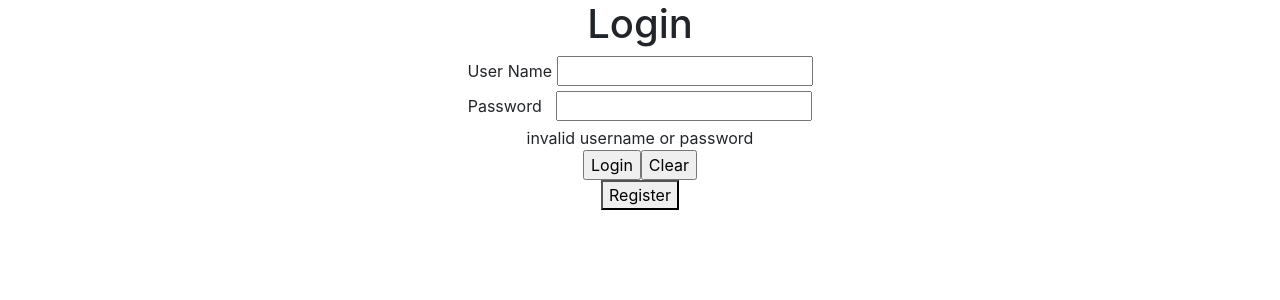
Repository: ramakrishnan1997/ram_javatraining
Page: http://localhost/AdminPortal/validation.jsp
These files come from the project's save history. The page is drawn as it stood at one moment and after the next save; the edit follows.
The browser window is 1280 px wide. The pictures show the whole page.
The page is served by Tomcat 9. Other server files are loaded and not shown. Queries for data that is not in the repository find no rows.

Above is the page before, as saved 2022-07-04 07:22:54.

### AdminPortal/src/main/webapp/validation.jsp
<%@page import="javax.security.auth.message.callback.PrivateKeyCallback.Request"%>
<%@ page language="java" contentType="text/html; charset=UTF-8"
    pageEncoding="UTF-8"%>
    <%@page import="com.taining.connection.*"%>
    <%@ page import="java.lang.*" %>
    <%@ page import="java.sql.*" %>
    <%@ page session="true" %>
    <%@taglib uri="http://java.sun.com/jsp/jstl/core" prefix="c" %>
<!DOCTYPE html>
<html>
<head>
<meta charset="UTF-8">
<title>Validate User</title>
</head>
<body>
<%! String pass_word; %>
<%! String user; %>
<%! int flag=0;  %>
<%
Connection con = null;
//PreparedStatement stmt=null;
Statement stmt=null;
ResultSet rs=null;
try{
	user = request.getParameter("username");
    pass_word = request.getParameter("password");

 	//System.out.println("user_id = "+user+"\t"+"pass_word = "+pass_word);
	con=ConnectionFactory.getPostgresConnection();
	System.out.print(con);


String sql = "SELECT username,password FROM travel WHERE username='"+user+"' and password='"+pass_word+"';";
System.out.println(sql);
stmt=con.createStatement();
rs=stmt.executeQuery(sql);
String userName=null;
String password=null;
if(rs.next())
{

     userName=rs.getString("username");
	 password=rs.getString("password");
	System.out.println("$$$$$$$$$$"+userName);
	System.out.println("$$$$$$$$$$"+password);
	flag=1;

}
if(flag==1){
	if(user.equals(userName) && pass_word.equals(password))
	{
		System.out.println("valid user"+userName);
		request.setAttribute("message", "Welcome :"+userName);
		request.setAttribute("message1", "successfully loged In");
		RequestDispatcher dispatcher=request.getRequestDispatcher("welcomelogin.jsp");
		dispatcher.forward(request, response);


	}

}

if(flag==0){
	System.out.println("Invalid user");
	request.setAttribute("message1", "invalid username or password");
	RequestDispatcher dispatcher=request.getRequestDispatcher("Login.jsp");
	dispatcher.forward(request, response);
}


}
catch(Exception e){

	e.printStackTrace();
}

%>

</body>
</html>

### AdminPortal/src/main/webapp/Login.jsp
<%@ page language="java" contentType="text/html; charset=UTF-8"
	pageEncoding="UTF-8"%>
	<%@ taglib uri="http://java.sun.com/jsp/jstl/core" prefix="c"%>
<!DOCTYPE html>
<html>
<head>
<meta charset="UTF-8">
<title>Login</title>
<link rel="stylesheet"
	href="https://cdn.jsdelivr.net/npm/bootstrap@4.0.0/dist/css/bootstrap.min.css"
	integrity="sha384-Gn5384xqQ1aoWXA+058RXPxPg6fy4IWvTNh0E263XmFcJlSAwiGgFAW/dAiS6JXm"
	crossorigin="anonymous">
	<style type="text/css">
	.image{
	background-image: url("image/login.jpg");
	background-size:cover;
	background-repeat: no-repeat;
	}</style>
</head>

<body class="image">
<h1 style="text-align: center">Login</h1>
<div class="container-fluid">
<div class="row">
<div class="col-md-4"> </div>
<div class="col-md-4" align="center"><form action="welcomelogin">
		<div>
			<label>User Name</label> <input type="text" name="username">
		</div>
		<div>
			<label>Password</label> <input type="password" name="password" style="margin-left: 10px">
		</div >
		<div>
        <c:out value="${message1 }"/>
        </div>
		<input type="submit" value="Login"><input type="reset"
			value="Clear">

	</form>
	<a href="Register.jsp"><button>Register</button></a></div>

</div>

	<div class="col-md-4"> </div>

	</div>
</body>
</html>

### AdminPortal/src/main/java/com/taining/connection/ConnectionFactory.java
package com.taining.connection;

import java.sql.Connection;
import java.sql.DriverManager;
import java.sql.SQLException;
import java.util.ResourceBundle;

public class ConnectionFactory {
	public static Connection getPostgresConnection()
	{
		Connection con=null;
		ResourceBundle labels=ResourceBundle.getBundle("travelapplication");
		try
		{
			String url=labels.getString("datasource.postgres.url");
			String username=labels.getString("datasource.postgres.username");
			String password=labels.getString("datasource.postgres.password");
			String driverClass=labels.getString("datasource.postgres.driverclass");
			Class.forName(driverClass);
			con=DriverManager.getConnection(url,username,password);
		}
		catch (SQLException | ClassNotFoundException e)
		{
			e.printStackTrace();
		}
		return con;
	}
}

### AdminPortal/src/main/java/com/taining/model/TravelServlet.java
package com.taining.model;

import java.io.IOException;

import java.sql.Connection;
import java.sql.SQLException;

import javax.servlet.RequestDispatcher;
import javax.servlet.ServletConfig;
import javax.servlet.ServletException;
import javax.servlet.annotation.WebServlet;
import javax.servlet.http.HttpServlet;
import javax.servlet.http.HttpServletRequest;
import javax.servlet.http.HttpServletResponse;

import com.taining.connection.ConnectionFactory;


/**
 * Servlet implementation class TravelServlet
 */
@WebServlet("/")
public class TravelServlet extends HttpServlet {
	private static final long serialVersionUID = 1L;
	Connection con = null;
	private TravelService service = null;
    /**
     * @see HttpServlet#HttpServlet()
     */
    public TravelServlet() {
        super();

    }

	/**
	 * @see Servlet#init(ServletConfig)
	 */
	public void init(ServletConfig config) throws ServletException {
		con = ConnectionFactory.getPostgresConnection();
		service = new TravelService(con);
	}

	/**
	 * @see Servlet#destroy()
	 */
	public void destroy() {
		try {
			con.close();
		} catch (SQLException e) {
			// TODO Auto-generated catch block
			e.printStackTrace();
		}
	}

	/**
	 * @see HttpServlet#doGet(HttpServletRequest request, HttpServletResponse response)
	 */
	protected void doGet(HttpServletRequest request, HttpServletResponse response) throws ServletException, IOException {
	String key=request.getServletPath();
		switch (key) {
	case "/":
		welcome(request,response);
		break;
	case "/add":
		addpage(request,response);
		break;
	case "/welcomelogin":
		welcomepage(request,response);
	default:
		break;
	}

	}

	private void welcomepage(HttpServletRequest request, HttpServletResponse response) throws ServletException, IOException {
//		String username=request.getParameter("username");
//		request.setAttribute("message", username);

		RequestDispatcher dispatcher=request.getRequestDispatcher("/validation.jsp");
		dispatcher.forward(request, response);
	}

	private void addpage(HttpServletRequest request, HttpServletResponse response) throws ServletException, IOException {
		String username = request.getParameter("username");
		String name = request.getParameter("name");
		String phonenumber=request.getParameter("phonenumber");
		String email=request.getParameter("email");
		String password=request.getParameter("password");
		int age=Integer.parseInt(request.getParameter("age"));
		String gender=request.getParameter("gender");
		Travel entity=new Travel(username,name,phonenumber,email,password,age,gender);
		Travel added=service.add(entity);
		RequestDispatcher dispatcher=request.getRequestDispatcher("/Register.jsp");
		dispatcher.forward(request, response);

	}

	private void welcome(HttpServletRequest request, HttpServletResponse response) throws ServletException, IOException {

		RequestDispatcher dispatcher=request.getRequestDispatcher("/index.jsp");
		dispatcher.forward(request, response);
	}

	/**
	 * @see HttpServlet#doPost(HttpServletRequest request, HttpServletResponse response)
	 */
	protected void doPost(HttpServletRequest request, HttpServletResponse response) throws ServletException, IOException {
		doGet(request, response);

	}

}

### AdminPortal/src/main/java/com/taining/intface/TravelRepository.java
package com.taining.intface;

public interface TravelRepository<T> {

	public T add(T t);
	public T findbyname(String username);

}

### AdminPortal/src/main/java/com/taining/model/TravelDB.java
package com.taining.model;

import java.sql.Connection;
import java.sql.PreparedStatement;
import java.sql.ResultSet;

import org.apache.jasper.tagplugins.jstl.core.Catch;

import com.taining.intface.TravelRepository;

public class TravelDB implements TravelRepository<Travel>{
	private Connection con;
	int rowAdded=0;
	Travel travel=null;
	public TravelDB(Connection con) {
		super();
		this.con=con;
	}

	public Travel add(Travel t) {
		String sql="insert into travel values(?,?,?,?,?,?,?)";
		try(PreparedStatement pstmt=con.prepareStatement(sql);)
		{

			pstmt.setString(1,t.getUsername());
			pstmt.setString(2, t.getName());
			pstmt.setString(3,t.getPhoneno());
			pstmt.setString(4,t.getPassword());
			pstmt.setString(5,t.getEmail());
			pstmt.setInt(6,t.getAge());
			pstmt.setString(7,t.getGender());
			 rowAdded =pstmt.executeUpdate();
		}
		catch (Exception e)
		{
		e.printStackTrace();
		}
		return rowAdded==1?t:null;

	}

	@Override
	public Travel findbyname(String username) {

		String sql="select * from travel where username=?";
		try(PreparedStatement pstmt=con.prepareStatement(sql);)
		{
			pstmt.setString(1, username);
			ResultSet rs=pstmt.executeQuery();
		while(rs.next())
		{
			String username1=rs.getString("username");
			String name=rs.getString("name");
			String phoneno=rs.getString("phoneno");
			String email=rs.getString("email");
			String password=rs.getString("password");
			int age=rs.getInt("age");
			String gender=rs.getString("gender");
			travel =new Travel(username1,name,phoneno,email,password,age,gender);
		}
		}
		catch (Exception e)
		{
		e.printStackTrace();
		}
		return travel;


}
}

After the next save:
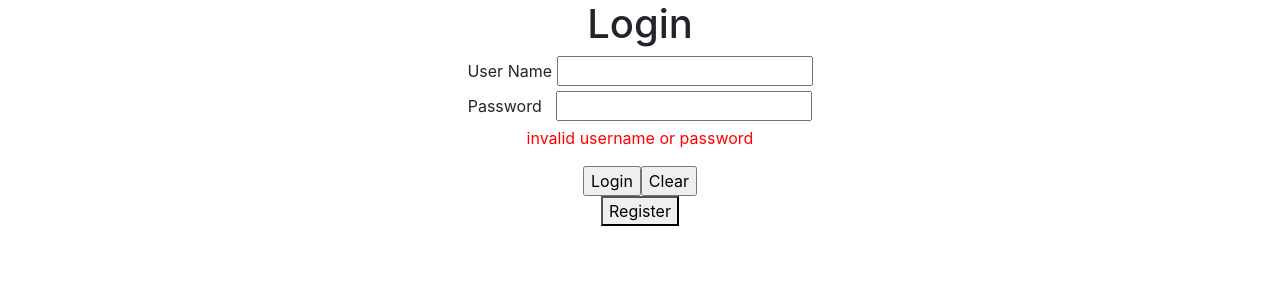
Saved 2 min 56 s later.
--- a/AdminPortal/src/main/webapp/Login.jsp
+++ b/AdminPortal/src/main/webapp/Login.jsp
@@ -31,7 +31,9 @@
 			<label>Password</label> <input type="password" name="password" style="margin-left: 10px">
 		</div >
 		<div>
+		<p style="color: red">
         <c:out value="${message1 }"/>
+        </p>
         </div>
 		<input type="submit" value="Login"><input type="reset"
 			value="Clear">
